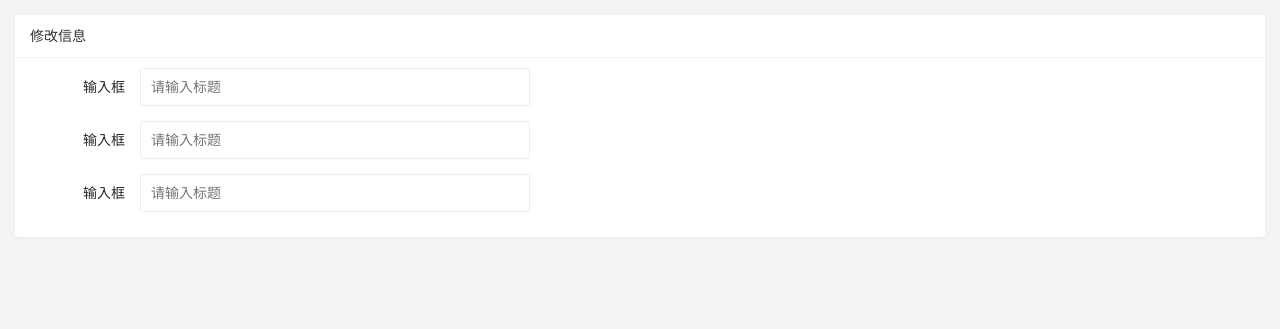
Repository: 1zhoukexin/web_aad
Page: user/user_info.html
The author's editor kept a copy of each file at every save. The page is drawn from the files as they stood at one save, then again after the next save.
The browser window is 1280 px wide. The pictures show the whole page.

Above is the page before, as saved 2021-04-17 12:22:42.

After the next save:
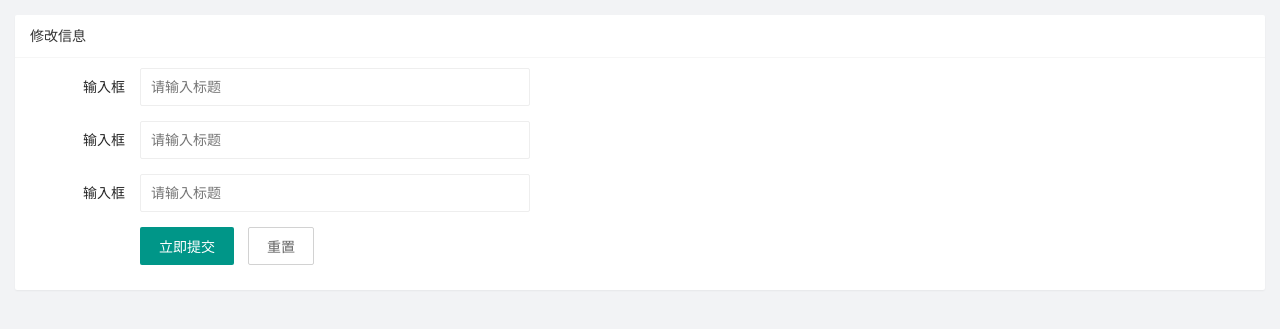
Saved 32 s later.
--- a/user/user_info.html
+++ b/user/user_info.html
@@ -37,6 +37,12 @@
                         <input type="text" name="title" required lay-verify="required" placeholder="请输入标题" autocomplete="off" class="layui-input">
                     </div>
                 </div>
+                <div class="layui-form-item">
+                    <div class="layui-input-block">
+                        <button class="layui-btn" lay-submit lay-filter="formDemo">立即提交</button>
+                        <button type="reset" class="layui-btn layui-btn-primary">重置</button>
+                    </div>
+                </div>
             </form>
         </div>
     </div>
